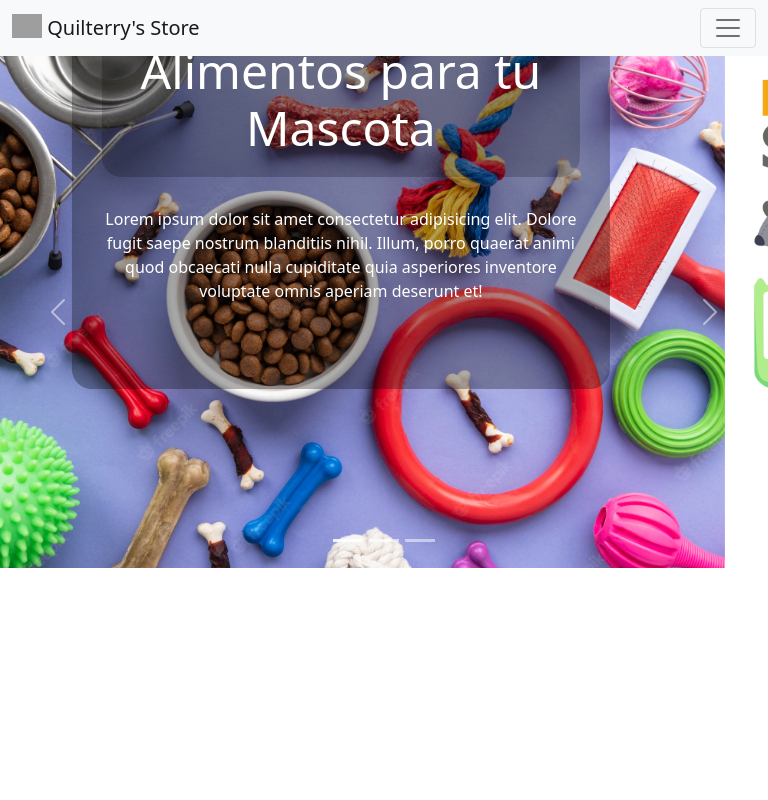
Repository: mormazabal141046/duoc_django_prueba
Page: http://localhost/
These files come from the project's save history. The page is drawn as it stood at one moment and after the next save; the edit follows.
The browser window is 768 px wide. The pictures show the whole page.
Pictures or frames that could not be fetched are drawn as grey boxes. Some web libraries are served in a nearby version. The page is served by the project's application, run on Django 4.2 (manage.py).

Above is the page before, as saved 2022-05-18 17:02:03.

After the next save:
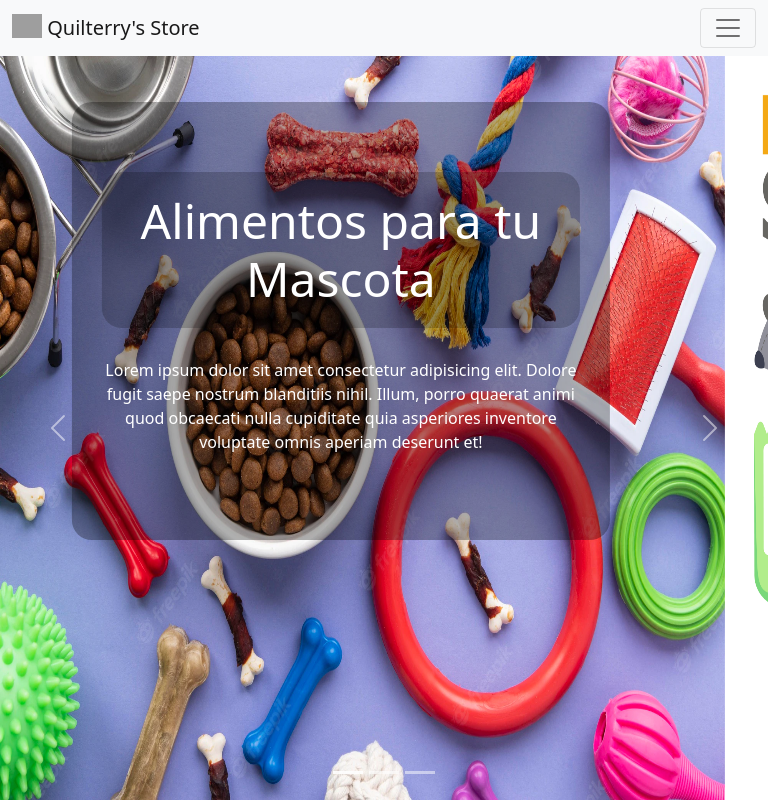
Saved 42 s later.
--- a/duoc_django_prueba/static/css/style.css
+++ b/duoc_django_prueba/static/css/style.css
@@ -45,6 +45,9 @@
     }
 }
 @media(max-width:1000px){
+    .carousel-item{
+        height: 100vh !important;
+    }
     .carousel-item img{
         height: 100% !important;
     }
